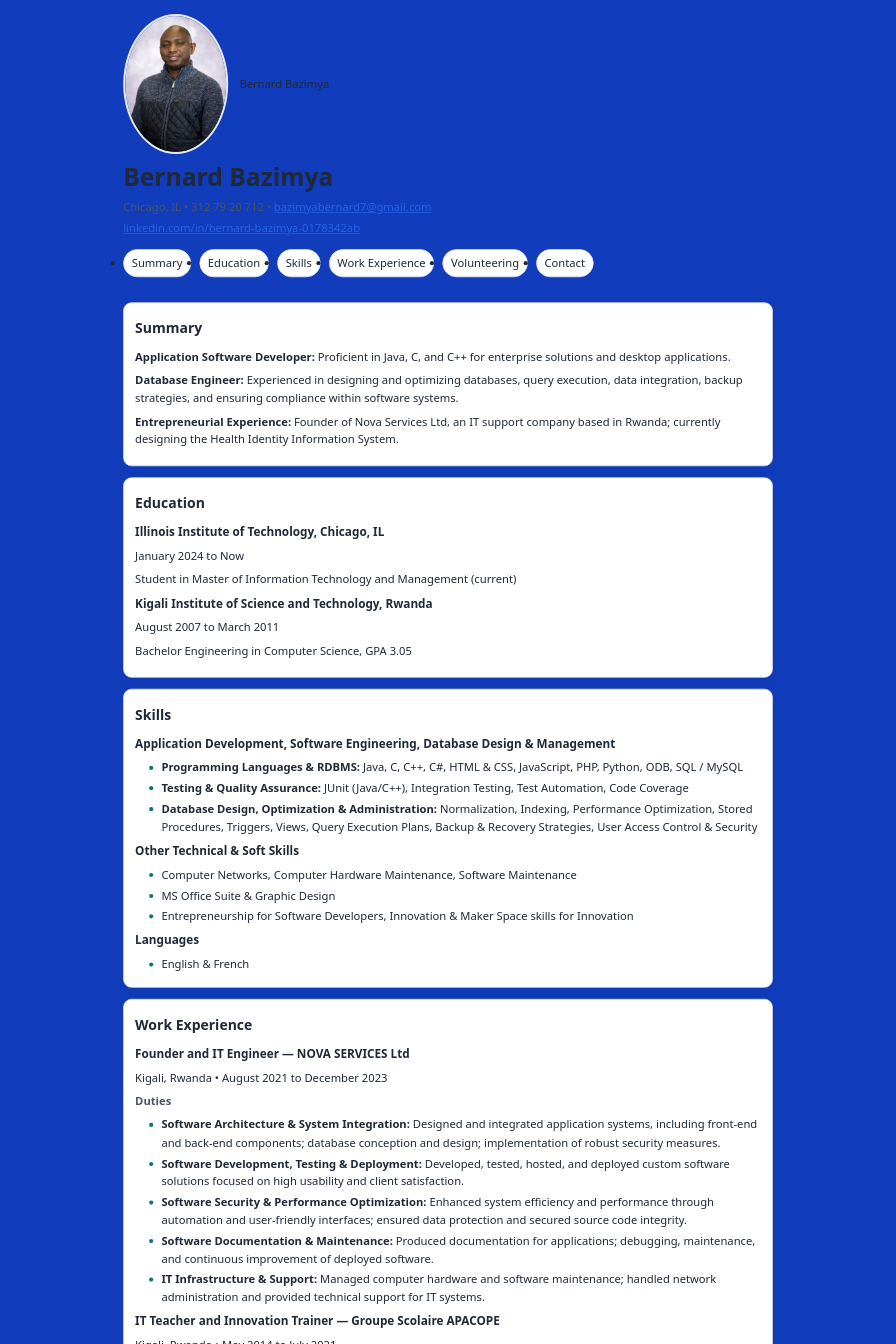
Repository: bbazimya/bernardbazimya-resume
Page: index.html
An editor plug-in stored every save of this project. The page is shown before and after the next save, followed by the edit.
The browser window is 1280 px wide. The pictures show the part of the page from y = 0 to 1920 px (the page is 2737 px tall), at 70% of full size.

Above is the page before, as saved 2025-09-11 02:39:07.

### index.html
<!DOCTYPE html>
<html lang="en">
<head>
  <meta charset="utf-8" />
  <meta name="viewport" content="width=device-width, initial-scale=1" />
  <title>Bernard Bazimya — Resume</title>
  <link rel="stylesheet" href="styles.css">
</head>
<body>
  <a href="#main">Go to main content</a>

  <header id="top">
    <figure>
      <img src="BERNARD_BAZIMYA.PNG" alt="My Profile picture" />
      <figcaption>Bernard Bazimya</figcaption>
    </figure>

    <h1>Bernard Bazimya</h1>
    <p>Chicago, IL • 312 79 20 712 • <a href="mailto:bazimyabernard7@gmail.com">bazimyabernard7@gmail.com</a></p>
    <p><a href="https://www.linkedin.com/in/bernard-bazimya-0178342ab/">linkedin.com/in/bernard-bazimya-0178342ab</a></p>

    <nav aria-label="Resume sections">
      <ul>
        <li><a href="#summary">Summary</a></li>
        <li><a href="#education">Education</a></li>
        <li><a href="#skills">Skills</a></li>
        <li><a href="#experience">Work Experience</a></li>
        <li><a href="#volunteering">Volunteering</a></li>
        <li><a href="#contact">Contact</a></li>
      </ul>
    </nav>
  </header>

  <main id="main">
    <section id="summary">
      <h2>Summary</h2>
      <p><strong>Application Software Developer:</strong> Proficient in Java, C, and C++ for enterprise solutions and desktop applications.</p>
      <p><strong>Database Engineer:</strong> Experienced in designing and optimizing databases, query execution, data integration, backup strategies, and ensuring compliance within software systems.</p>
      <p><strong>Entrepreneurial Experience:</strong> Founder of Nova Services Ltd, an IT support company based in Rwanda; currently designing the Health Identity Information System.</p>
    </section>

    <section id="education">
      <h2>Education</h2>

      <article>
        <h3>Illinois Institute of Technology, Chicago, IL</h3>
        <p>January 2024 to Now</p>
        <p>Student in Master of Information Technology and Management (current)</p>
      </article>

      <article>
        <h3>Kigali Institute of Science and Technology, Rwanda</h3>
        <p>August 2007  to March 2011</p>
        <p>Bachelor Engineering in Computer Science, GPA 3.05</p>
      </article>
    </section>

    <section id="skills">
      <h2>Skills</h2>

      <h3>Application Development, Software Engineering, Database Design &amp; Management</h3>
      <ul>
        <li><strong>Programming Languages &amp; RDBMS:</strong> Java, C, C++, C#, HTML &amp; CSS, JavaScript, PHP, Python, ODB, SQL / MySQL</li>
        <li><strong>Testing &amp; Quality Assurance:</strong> JUnit (Java/C++), Integration Testing, Test Automation, Code Coverage</li>
        <li><strong>Database Design, Optimization &amp; Administration:</strong> Normalization, Indexing, Performance Optimization, Stored Procedures, Triggers, Views, Query Execution Plans, Backup &amp; Recovery Strategies, User Access Control &amp; Security</li>
      </ul>

      <h3>Other Technical &amp; Soft Skills</h3>
      <ul>
        <li>Computer Networks, Computer Hardware Maintenance, Software Maintenance</li>
        <li>MS Office Suite &amp; Graphic Design</li>
        <li>Entrepreneurship for Software Developers, Innovation &amp; Maker Space skills for Innovation</li>
      </ul>

      <h3>Languages</h3>
      <ul>
        <li>English &amp; French</li>
      </ul>
    </section>

    <section id="experience">
      <h2>Work Experience</h2>

      <article>
        <h3>Founder and IT Engineer — NOVA SERVICES Ltd</h3>
        <p>Kigali, Rwanda • August 2021 to December 2023</p>
        <h4>Duties</h4>
        <ul>
          <li><strong>Software Architecture &amp; System Integration:</strong> Designed and integrated application systems, including front-end and back-end components; database conception and design; implementation of robust security measures.</li>
          <li><strong>Software Development, Testing &amp; Deployment:</strong> Developed, tested, hosted, and deployed custom software solutions focused on high usability and client satisfaction.</li>
          <li><strong>Software Security &amp; Performance Optimization:</strong> Enhanced system efficiency and performance through automation and user-friendly interfaces; ensured data protection and secured source code integrity.</li>
          <li><strong>Software Documentation &amp; Maintenance:</strong> Produced documentation for applications; debugging, maintenance, and continuous improvement of deployed software.</li>
          <li><strong>IT Infrastructure &amp; Support:</strong> Managed computer hardware and software maintenance; handled network administration and provided technical support for IT systems.</li>
        </ul>
      </article>

      <article>
        <h3>IT Teacher and Innovation Trainer — Groupe Scolaire APACOPE</h3>
        <p>Kigali, Rwanda • May 2014 to July 2021</p>
        <ul>
          <li>Taught IT courses to high schools: Java, C, and C++, Computer Networks, Hardware &amp; Software Maintenance.</li>
          <li>Trained young innovators in coding and digital literacy within the Maker Space Program.</li>
        </ul>
      </article>

      <article>
        <h3>International Experience — Rwandan-American Teacher Exchange Program</h3>
        <p>Annapolis, MD • 2017 to 2019</p>
        <ul>
          <li>Trained in integrating technology into modern teaching methodologies.</li>
          <li>Conducted IT workshops in Annapolis high schools, enhancing digital education strategies.</li>
        </ul>
      </article>
    </section>

    <section id="volunteering">
      <h2>Volunteering</h2>
      <ul>
        <li>Interschool innovative technology trainer for young innovators — 3 schools in Kigali (2018–2021)</li>
        <li>Innovation trainer for children ages 16 to 25 — trained students from 8 schools in Rwanda (2019–2021)</li>
        <li>Language interpreter, French to English — Illinois Tech Commencement ceremonies (2024)</li>
      </ul>
    </section>

    <aside id="contact" aria-label="Contact information">
      <h2>Contact</h2>
      <ul>
        <li>Chicago, IL</li>
        <li>Phone: 312 79 20 712</li>
        <li>Email: <a href="mailto:bazimyabernard7@gmail.com">bazimyabernard7@gmail.com</a></li>
        <li>LinkedIn: <a href="https://www.linkedin.com/in/bernard-bazimya-0178342ab/">bernard-bazimya-0178342ab</a></li>
      </ul>
    </aside>
  </main>

  <footer>
    <p>&copy; 2025 Bernard Bazimya</p>
    <p><a href="#top">Back to top</a></p>
  </footer>
</body>
</html>

### styles.css
/* Theme colors and basic variablesinitialization*/
:root{
  --bg:oklab(39.675% -0.023 -0.21327 / 0.938);
  --card:#ffffff;
  --ink:#1f2937;
  --muted:#4b5563;
  --accent:#0f766e;
  --link:#2563eb;
  --border:#e5e7eb;
  --shadow:0 4px 16px rgba(0,0,0,.06);
}
*{box-sizing:border-box}

html,body
{height:100%}

body{
  margin:0;
  font:16px/1.6 system-ui,-apple-system,Segoe UI,Roboto,Ubuntu,Cantarell,Inter,"Helvetica Neue",Arial,sans-serif;
  color:var(--ink);
  background:var(--bg);
}

/* basic Layout for header, main and footer */
header, main, footer{
  max-width:960px;
  margin:auto;
  padding:0 1rem;
}
header{padding-top:1.25rem}
main{padding:1rem 1rem 2rem}
section, aside{background:var(--card); border:1px solid var(--border); border-radius:12px; padding:1rem; margin:1rem 0; box-shadow:var(--shadow)}

@media (min-width:900px){
  /* two-column feel on wide screens */
  .grid{
    display:grid;
    grid-template-columns: 2fr 1fr;
    gap:1rem;
  }
}

/* Header basics */
header figure{
  margin:0;
  display:flex;
  align-items:center;
  gap:1rem;
}
header img{
  width:150px;
  height:200px;
  object-fit:cover;
  border-radius:70%;
  border:3px solid var(--border);
  background:#fff;
}
header h1{margin:.25rem 0 0; font-size:clamp(1.6rem,3vw,2.2rem)}
header p{margin:.25rem 0; color:var(--muted)}

/* Navigation button settengs */
nav ul{

  padding:0; margin:.75rem 0 0;
  display:flex; flex-wrap:wrap; gap:.5rem .75rem;
}
nav a{
  display:inline-block;
  padding:.4rem .7rem;
  border:1px solid var(--border);
  background:var(--card);
  border-radius:999px;
  text-decoration:none;
  color:var(--ink);
}
nav a:hover{border-color:var(--accent); color:var(--accent)}

/* ---------- Typography ---------- */
h2{margin:.25rem 0 0.75rem; font-size:1.25rem}
h3{margin:.5rem 0 .25rem; font-size:1.05rem}
h4{margin:.5rem 0 .25rem; font-size:1rem; color:var(--muted)}
p{margin:.5rem 0}
ul{margin:.5rem 0 .25rem 1.25rem}
li{margin:.25rem 0}

/* ---------- Links ---------- */
a{color:var(--link)}
a:hover{opacity:.9}

/* ---------- Skip link ---------- */
a[href="#main"]{
  position:absolute; left:-9999px; top:auto; width:1px; height:1px; overflow:hidden;
}
a[href="#main"]:focus{
  position:fixed; left:1rem; top:1rem; width:auto; height:auto;
  padding:.5rem .75rem; background:#fff; border:1px solid var(--border); border-radius:8px;
  box-shadow:var(--shadow);
}

/* ---------- Footer ---------- */
footer{padding:1.25rem 1rem 2.5rem; color:var(--muted); text-align:center}
footer a{color:inherit; text-decoration:underline}

/* ---------- Lists inside cards ---------- */
section ul, aside ul{padding-left:1.1rem}
section li::marker{color:var(--accent)}

/* ---------- Print-friendly ---------- */
@media print{
  :root{--bg:#fff; --card:#fff; --border:#ddd}
  body{font-size:12px}
  nav, a[href="#main"], footer{display:none}
  header, main{max-width:100%; padding:0}
  section, aside{box-shadow:none; border-color:#ccc}
  header img{border:none}
}

After the next save:
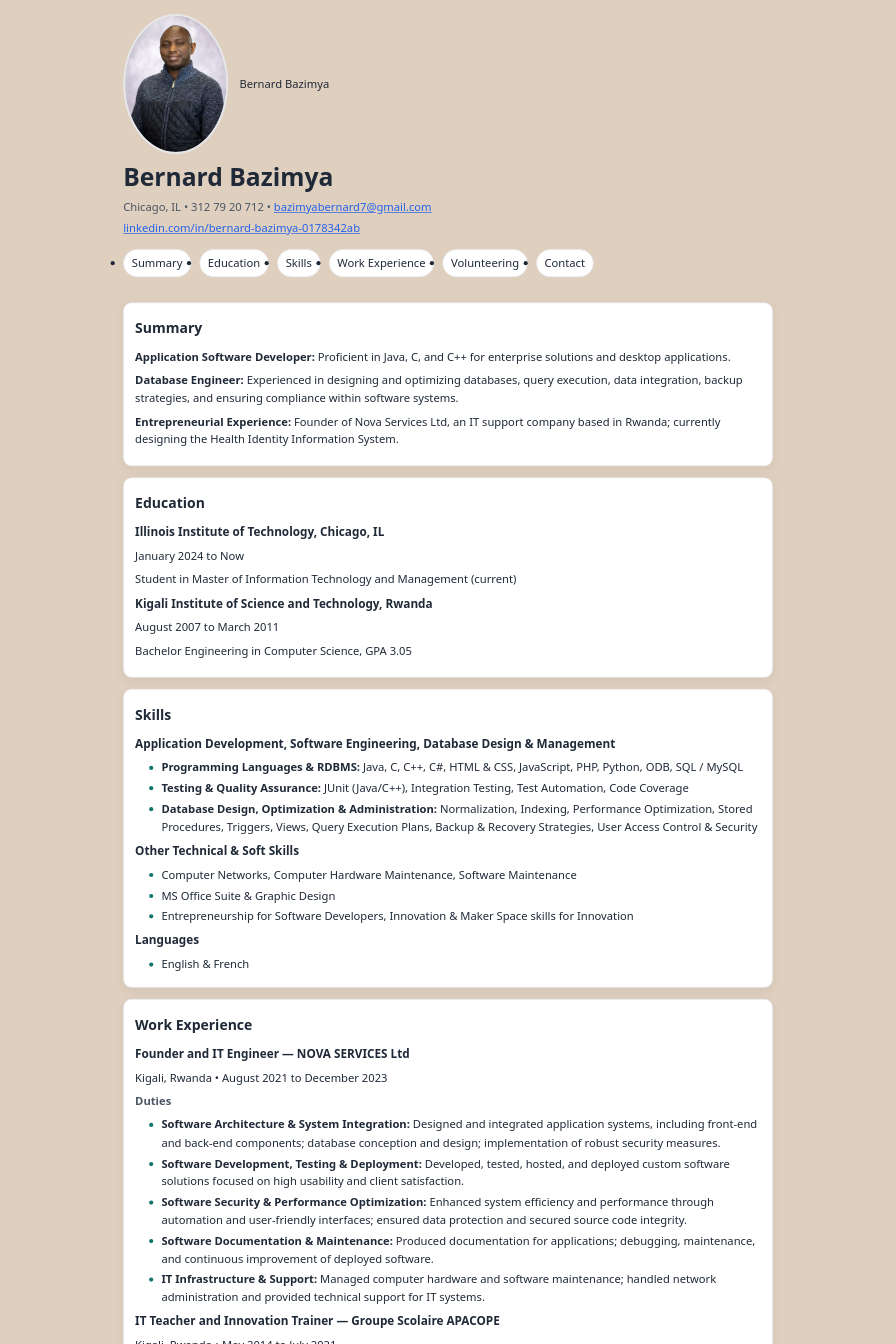
Saved 15 h 50 min later.
--- a/styles.css
+++ b/styles.css
@@ -1,6 +1,6 @@
 /* Theme colors and basic variablesinitialization*/
 :root{
-  --bg:oklab(39.675% -0.023 -0.21327 / 0.938);
+  --bg:#dfcfbe;
   --card:#ffffff;
   --ink:#1f2937;
   --muted:#4b5563;
